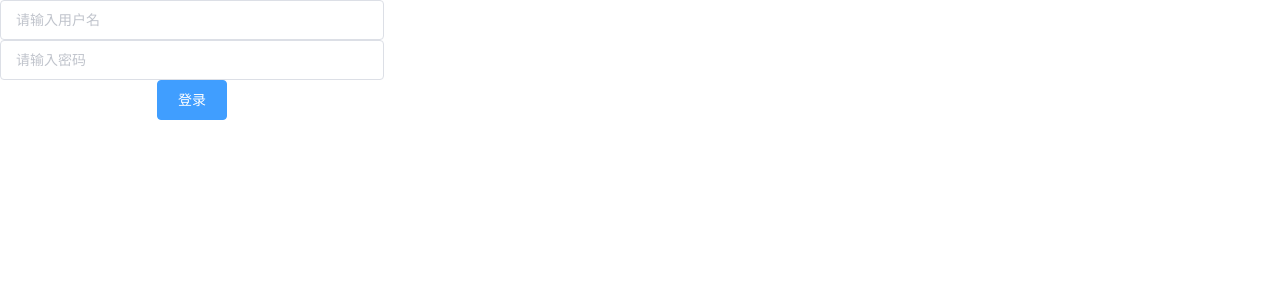
Repository: faintout/backMng
Page: /#/login (app in backmng/)
The author's editor kept a copy of each file at every save. The page is drawn from the files as they stood at one save, then again after the next save.
The browser window is 1280 px wide. The pictures show the whole page.
The project was rebuilt for these pictures with package versions that can differ from the ones it lists, and the page was loaded fresh each time. Also part of the build but not shown: backmng/vue.config.js, backmng/src/views/headerTop.vue, backmng/src/views/layout.vue, backmng/src/views/_index.vue, backmng/src/views/addList.vue, backmng/src/views/list.vue.

Above is the page before, as saved 2020-12-30 19:29:56.

### backmng/public/index.html
<!DOCTYPE html>
<html lang="en">
  <head>
    <meta charset="utf-8">
    <meta http-equiv="X-UA-Compatible" content="IE=edge">
    <meta name="viewport" content="width=device-width,initial-scale=1.0">
    <link rel="icon" href="<%= BASE_URL %>favicon.ico">
    <title><%= htmlWebpackPlugin.options.title %></title>
  </head>
  <!-- <script src="https://cdn.bootcdn.net/ajax/libs/jquery/3.5.1/jquery.js"></script> -->
  <body>
    <noscript>
      <strong>We're sorry but <%= htmlWebpackPlugin.options.title %> doesn't work properly without JavaScript enabled. Please enable it to continue.</strong>
    </noscript>
    <div id="app"></div>
    <!-- built files will be auto injected -->
  </body>
</html>

### backmng/src/main.js
import Vue from 'vue'
import App from './App.vue'
import router from './router'
import store from './store'
import ElementUI from 'element-ui'
import 'element-ui/lib/theme-chalk/index.css'
import './assets/index.css'
import $ from 'jquery'

Vue.use(ElementUI)
Vue.config.productionTip = false

new Vue({
  router,
  store,
  render: h => h(App)
}).$mount('#app')

### backmng/src/App.vue
<template>
  <div id="app">
    <router-view/>
  </div>
</template>

<style lang="less">
#app {
  font-family: Avenir, Helvetica, Arial, sans-serif;
  -webkit-font-smoothing: antialiased;
  -moz-osx-font-smoothing: grayscale;
  text-align: center;
  color: #2c3e50;
  height: 100%;
}

#nav {
  padding: 30px;

  a {
    font-weight: bold;
    color: #2c3e50;

    &.router-link-exact-active {
      color: #42b983;
    }
  }
}
</style>

### backmng/src/router/index.js
import Vue from 'vue'
import VueRouter from 'vue-router'
import Layout from '../views/layout.vue'
import _index from '../views/_index.vue'
import addList from '../views/addList.vue'
import list from '../views/list.vue'
import login from '../views/login.vue'

Vue.use(VueRouter)

const routes = [
    {
        path:'*',
        name:'redirect',
        redirect:'/login'
    },
    {
        path:'/login',
        name:'login',
        component:login
    },
    {
        path: '/',
        name: 'Layout',
        component: Layout,
        children: [
            {
                path: '/_index',
                name: '首页',
                component: _index,
            },
            {
                path: '/addList',
                name: '添加',
                component: addList,
            },
            {
                path: '/list',
                name: '列表查看',
                component: list,
            },
        ]
    },
]

const router = new VueRouter({
    routes
})

export default router

### backmng/src/assets/index.css
* {
    /* width: 100%;
    height: 100%; */
    padding: 0;
    margin: 0;
}
html,body{
    height: 100%;
}
.h100{
    height: 100%;
}

### backmng/src/views/login.vue
<template>
    <div class="bgc" :style="{background:'url('+imgUrl+')'}">
        <div class="login_contnet">
            <div class="user_admin">
                <el-input v-model="userName" placeholder="请输入用户名"></el-input>

            </div>
            <div class="user_password">
                <el-input v-model="passWord" placeholder="请输入密码" show-password></el-input>

            </div>
            <el-button type="primary" @click="login">登录</el-button>
        </div>
    </div>
</template>

<script>
    export default {
        components: {},
        data() {
            return {
                userName: '',
                passWord: '',
                imgUrl: ''
            }
        },
        watch: {},
        computed: {},
        methods: {
            login() {

            }
        },
        mounted() {
            var self = this
            $.ajax({
                type: "GET",
                url: '/acgurl.php?return=json',
                success:res=>{
                    console.log(res);
                    // this.$nick()
                    // self.imgUrl = res.imgurl
                }
            })
        },
        created() {

        },
    }
</script>
<style lang="less" scoped>
.login_contnet{
    width: 30%;
}
.bgc{
    width: 100%;
    height: 100%;
}
</style>

Loaded but not shown: backmng/src/store/index.js (common file)

After the next save:
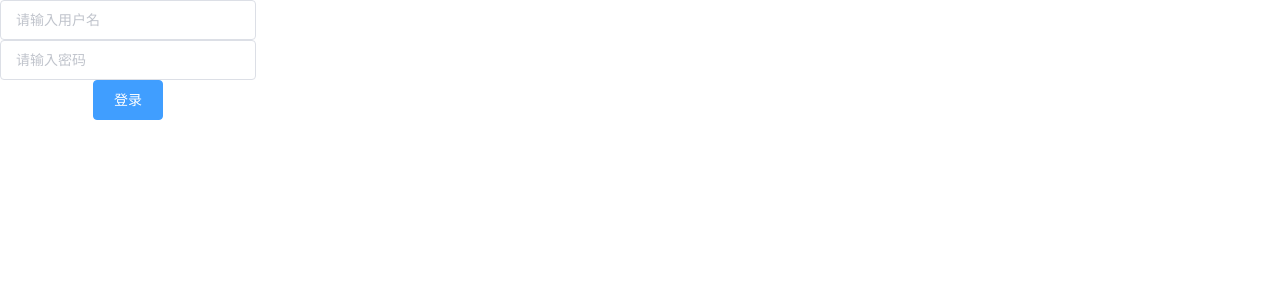
Saved 6 s later.
--- a/backmng/src/views/login.vue
+++ b/backmng/src/views/login.vue
@@ -50,7 +50,7 @@
 </script>
 <style lang="less" scoped>
 .login_contnet{
-    width: 30%;
+    width: 20%;
 }
 .bgc{
     width: 100%;
